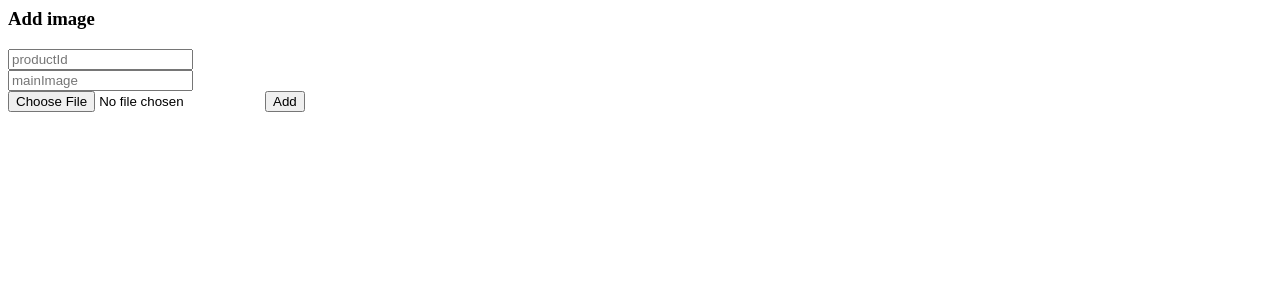
Repository: mihaisitaru/bazar
Page: http://localhost/php/work3/addImg.php
The author's editor kept a record of every edit. The page is drawn from the files as they stood at one moment, then again after the next edit.
The browser window is 1280 px wide. The pictures show the whole page.
The page is run by PHP 8.4 with error messages shown; the project is at /var/www/html/.

Above is the page before.

After the next edit:
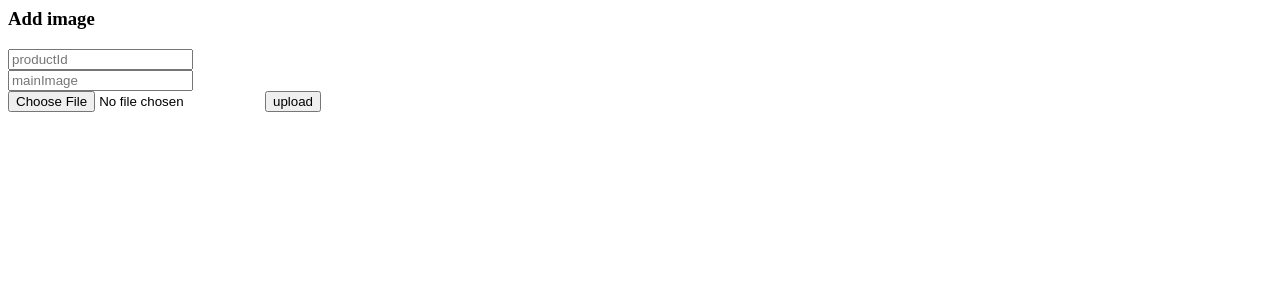
The edit:
--- a/php/work3/addImg.php
+++ b/php/work3/addImg.php
@@ -11,8 +11,8 @@
 <form action="/php/work3/api/products/addImage.php" method="POST" enctype="multipart/form-data">
     <input type="number" name="productId" placeholder="productId" /><br/>
     <input type="number" name="mainImage" placeholder="mainImage" /><br/>
-    <input type="file" name="FILES" value="file" />
-    <input type="submit" name="add" value="Add" />
+    <input type="file" name="file" />
+    <input type="submit" name="add" value="upload" />
 </form>
 </body>
 </html>
